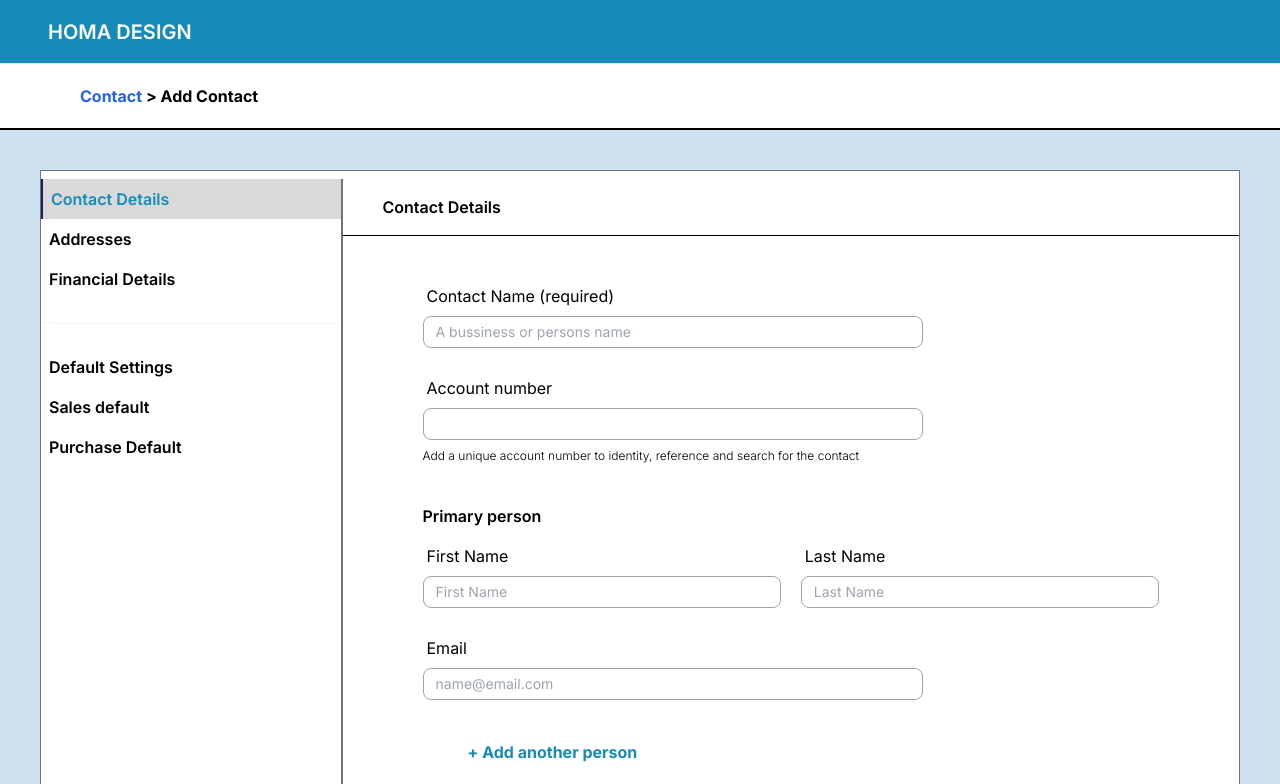
Repository: khairul35/homa-FE
Page: /contact
An editor plug-in stored every save of this project. The page is shown before and after the next save, followed by the edit.
The browser window is 1280 px wide. The pictures show the whole page.
An inner scrolling area shows only its first screen. The project was rebuilt for these pictures with package versions that can differ from the ones it lists, and the page was loaded fresh each time. The framework's server and built-in components were replaced by stand-ins that run in the browser. Also part of the build but not shown: next.config.js, app/components/layout/header/BusinessMenu.tsx, app/components/layout/header/CompanyMenu.tsx, app/contact/index.component.tsx.

Above is the page before, as saved 2024-01-06 15:27:01.

After the next save:
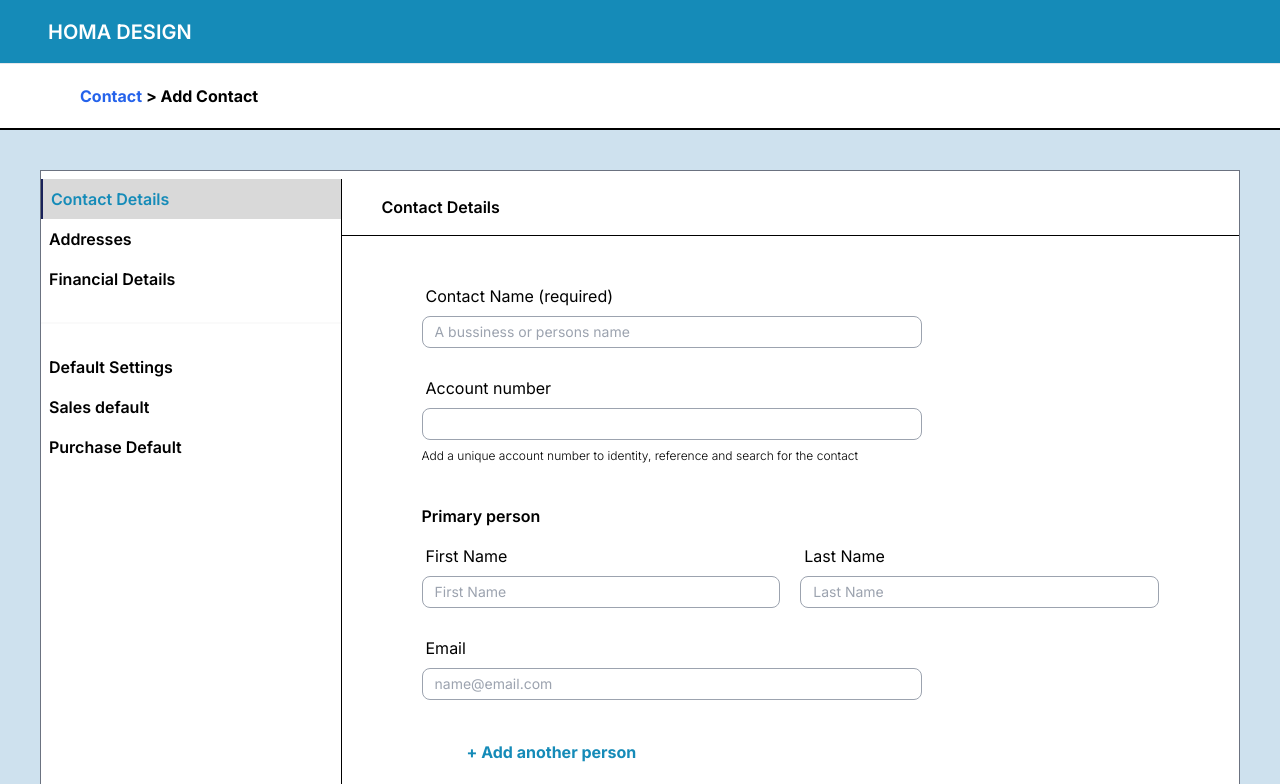
Saved 31 s later.
--- a/app/contact/form/index.component.tsx
+++ b/app/contact/form/index.component.tsx
@@ -97,7 +97,7 @@ const Component = (props: ComponentProps) => {
                         Purchase Default
                     </div>
                 </div>
-                <div className="md:w-3/4 md:order-2 border-l-2 border-gray-500">
+                <div className={`md:w-3/4 md:order-2 ${styles.leftDivider}`}>
                     <DetailComponent />
                 </div>
             </div>
